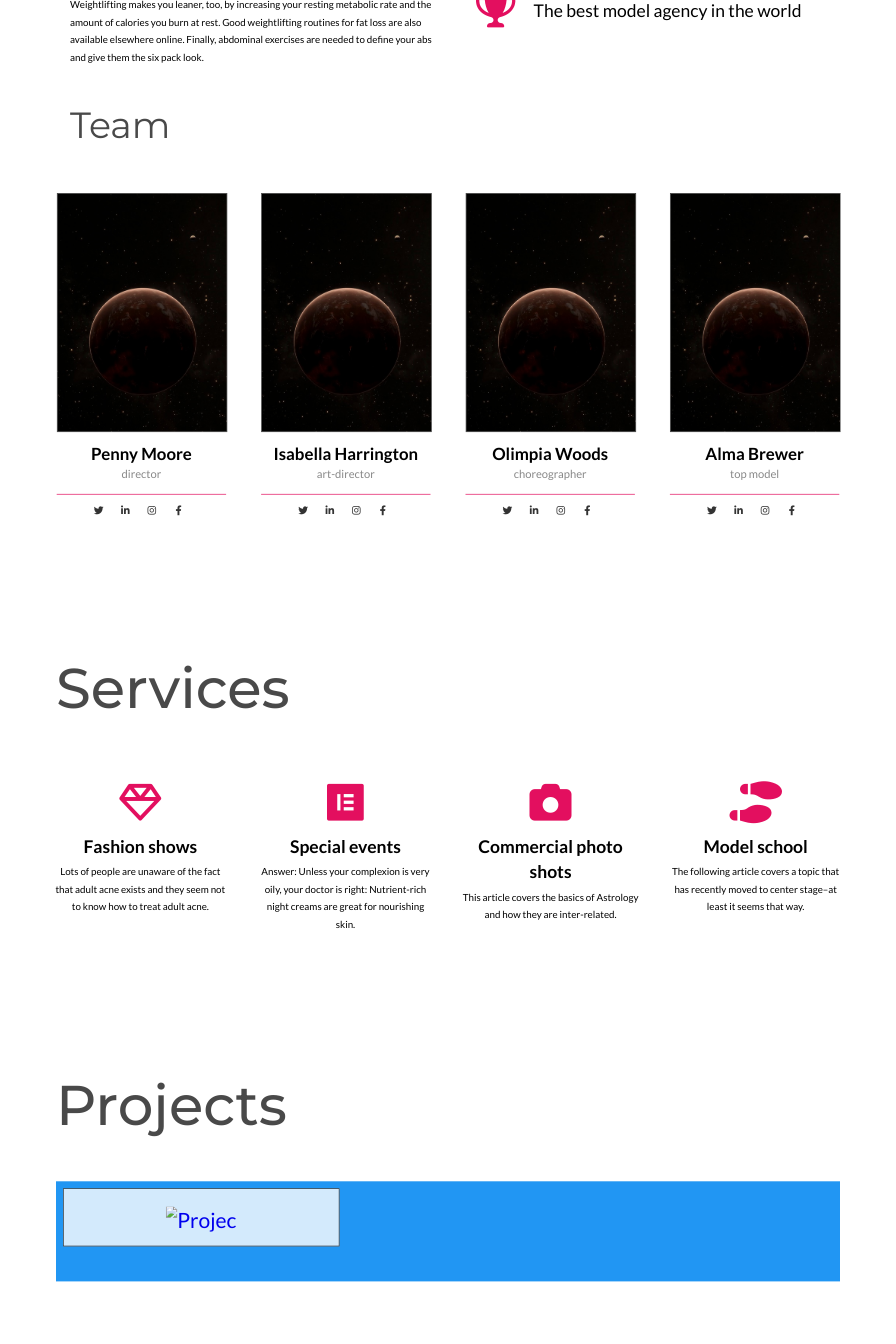
Repository: soniaarefin/cosmo
Page: index.html
The author's editor kept a copy of each file at every save. The page is drawn from the files as they stood at one save, then again after the next save.
The browser window is 1280 px wide. The pictures show the part of the page from y = 1152 to 3072 px (the page is 3072 px tall), at 70% of full size.

Above is the page before, as saved 2021-11-09 22:28:47.

After the next save:
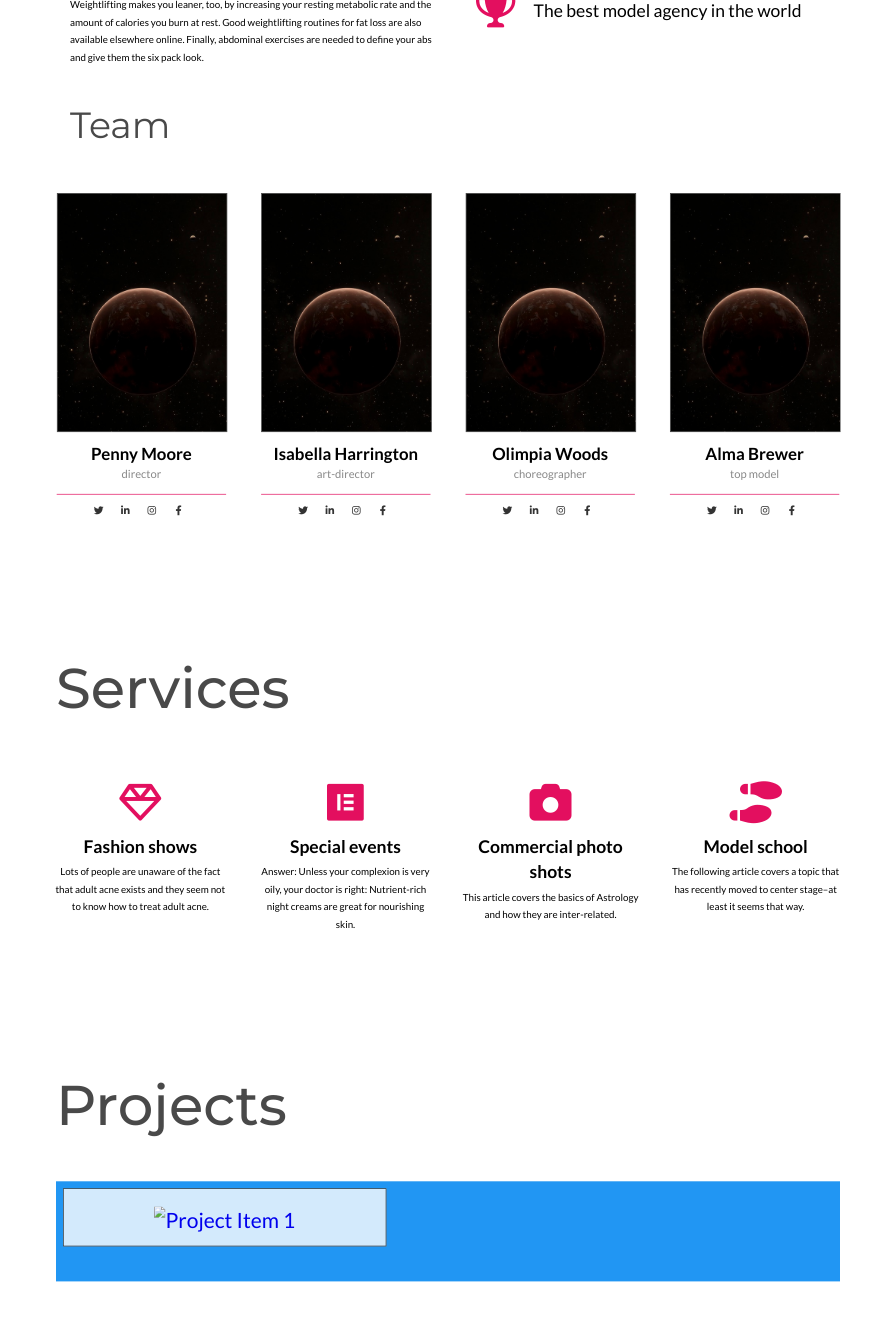
Saved 7 s later.
--- a/index.html
+++ b/index.html
@@ -210,7 +210,7 @@
                 <div class="projects-grid_container">
                     <!-- project item 1 -->
                     <div class="projects-grid_item">
-                        <a href="#"><img src="" alt="Projec"></a>
+                        <a href="#"><img src="" alt="Project Item 1"></a>
                     </div>
                 </div>
             </div>
